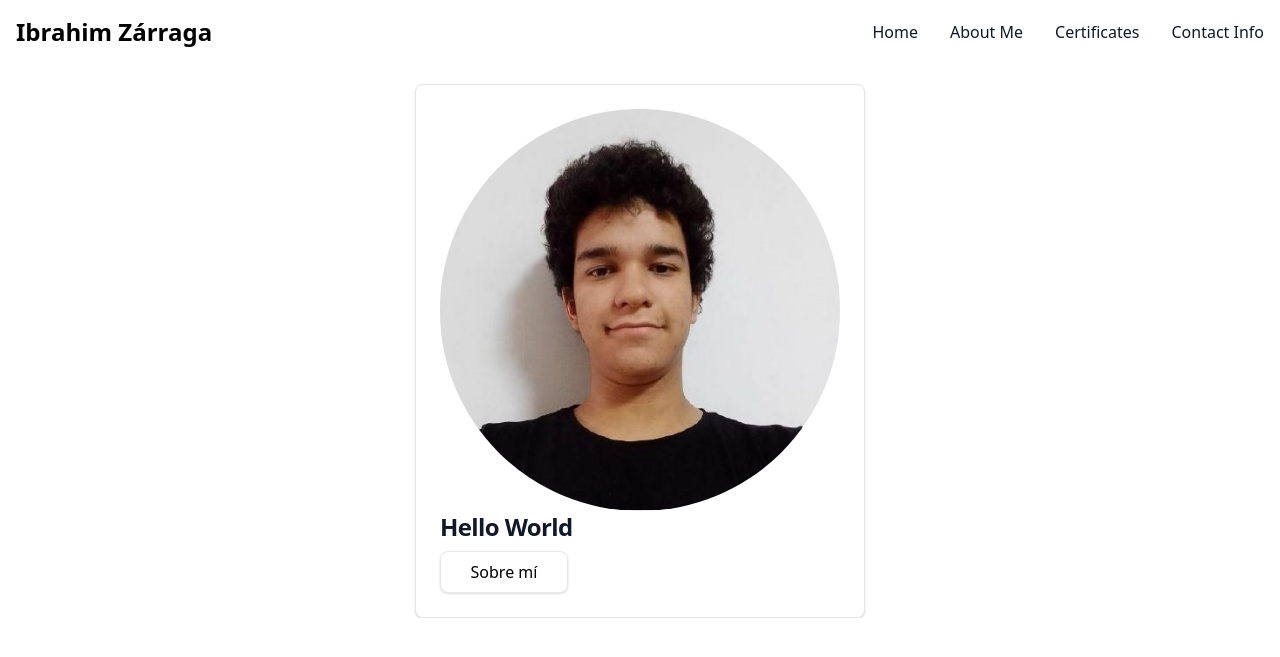
Repository: JetPi/Presentatio-Project
Page: /
An editor plug-in stored every save of this project. The page is shown before and after the next save, followed by the edit.
The browser window is 1280 px wide. The pictures show the whole page.
The project was rebuilt for these pictures with package versions that can differ from the ones it lists, and the page was loaded fresh each time. The framework's server and built-in components were replaced by stand-ins that run in the browser. Also part of the build but not shown: next.config.js.

Above is the page before, as saved 2023-03-30 17:03:57.

After the next save:
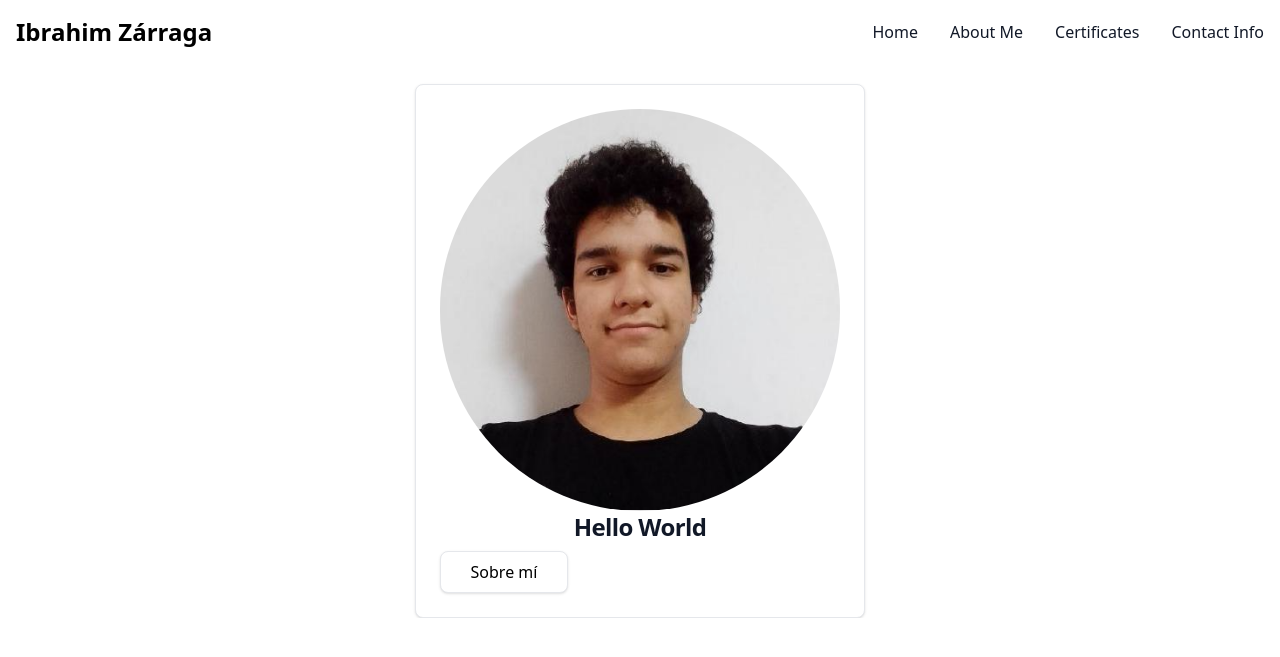
Saved 81 s later.
--- a/src/components/Card.tsx
+++ b/src/components/Card.tsx
@@ -34,7 +34,7 @@ export function CardButton({ href, styling, children }: Props) {
 
 export function CardTitle({ children }: Props) {
   return (
-    <h5 className="mb-2 text-2xl font-bold tracking-tight text-gray-900 dark:text-white">
+    <h5 className="mb-2 text-center text-2xl font-bold tracking-tight text-gray-900 dark:text-white">
       {children}
     </h5>
   );
